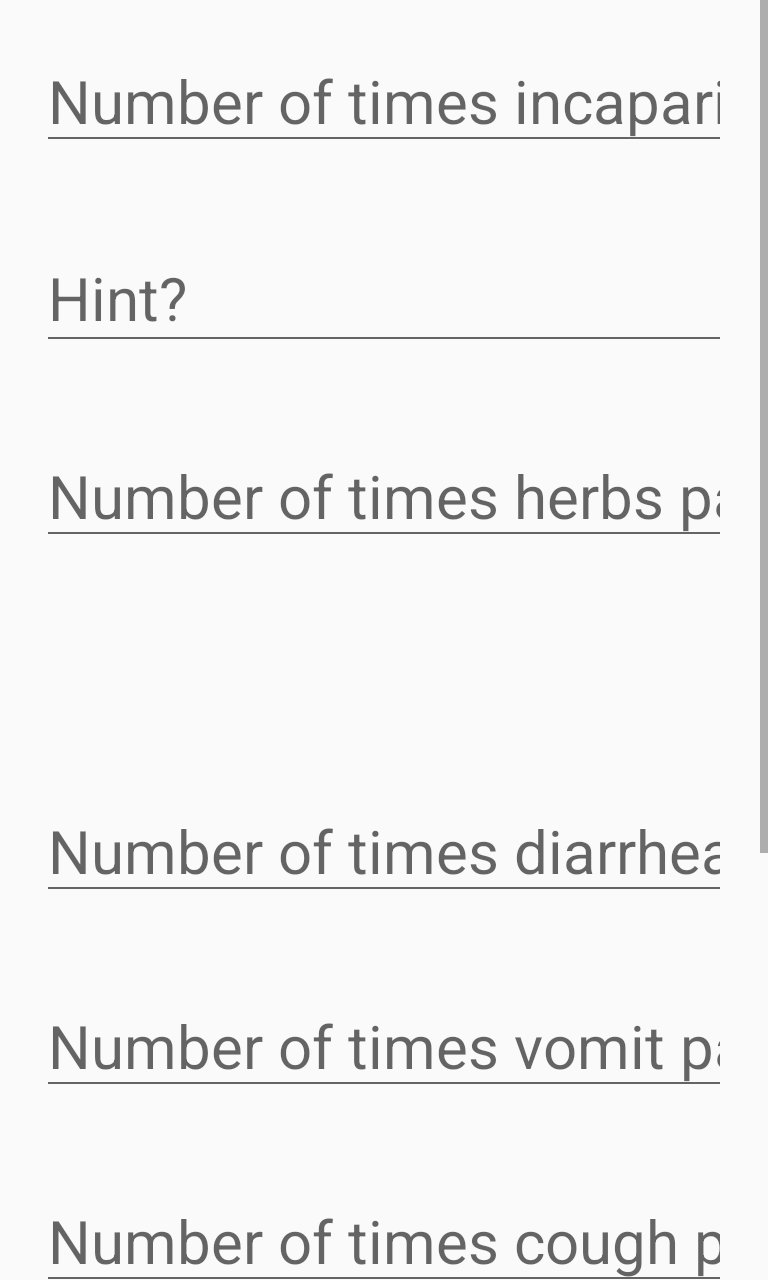
Repository: achavez812/GuatemalaProject2
Layout: GuateMedic-master/GuateMedic/res/layout/fragment_add_new_child_visit4.xml
An editor plug-in stored every save of this project. The layout is shown before and after the next save, followed by the edit.
It is drawn on a 768 x 1280 px phone screen (xhdpi) without system bars, with theme AppTheme; the app's code is not run.

Above is the layout before, as saved 2014-07-03 00:58:53.

### GuateMedic-master/GuateMedic/res/layout/fragment_add_new_child_visit4.xml
<?xml version="1.0" encoding="utf-8"?>
<ScrollView xmlns:android="http://schemas.android.com/apk/res/android"
    android:layout_width="match_parent"
    android:layout_height="wrap_content"
    >

<RelativeLayout
    android:layout_width="match_parent"
    android:layout_height="wrap_content" >

	<EditText
        android:id="@+id/child_visit4_num_times_incaparina_past_week"
        android:textSize="30sp"
        android:layout_width="match_parent"
        android:layout_height="wrap_content"
		android:layout_margin="20dp"
        android:layout_centerHorizontal="true"
        android:hint="Number of times incaparina past week?"
        android:inputType="number"
        />

		<EditText
        android:id="@+id/child_visit4_num_times_vegetables_or_fruits_past_week"
        android:textSize="30sp"
        android:layout_width="match_parent"
		android:layout_margin="20dp"
		android:layout_below="@+id/child_visit4_num_times_incaparina_past_week"
		android:layout_centerHorizontal="true"
        android:hint="Hint?"
        android:inputType="number"
        android:layout_height="60dp"
        />

			<EditText
        android:id="@+id/child_visit4_num_times_herbs_past_week"
        android:textSize="30sp"
        android:layout_width="match_parent"
        android:layout_height="wrap_content"
		android:layout_margin="20dp"
		android:layout_centerHorizontal="true"
		android:layout_below="@+id/child_visit4_num_times_vegetables_or_fruits_past_week"
        android:hint="Number of times herbs past week?"
        android:inputType="number"
        />

				<EditText
        android:id="@+id/child_visit4_num_times_diarrhea_past_week"
        android:textSize="30sp"
        android:layout_width="match_parent"
        android:layout_height="wrap_content"
		android:layout_marginLeft="20dp"
		android:layout_marginRight="20dp"
		android:layout_marginBottom="20dp"
		android:layout_marginTop="100dp"
		android:layout_below="@+id/child_visit4_num_times_herbs_past_week"
		android:layout_centerHorizontal="true"
        android:hint="Number of times diarrhea past week?"
        android:inputType="number"
        />

		<EditText
        android:id="@+id/child_visit4_num_times_vomit_past_week"
        android:textSize="30sp"
        android:layout_width="match_parent"
        android:layout_height="wrap_content"
		android:layout_margin="20dp"
		android:layout_centerHorizontal="true"
		android:layout_below="@+id/child_visit4_num_times_diarrhea_past_week"
        android:hint="Number of times vomit past week?"
        android:inputType="number"
        />

			<EditText
        android:id="@+id/child_visit4_num_times_cough_past_week"
        android:textSize="30sp"
        android:layout_width="match_parent"
        android:layout_height="wrap_content"
		android:layout_margin="20dp"
		android:layout_centerHorizontal="true"
		android:layout_below="@+id/child_visit4_num_times_vomit_past_week"
        android:hint="Number of times cough past week?"
        android:inputType="number"
        />
				<EditText
        android:id="@+id/child_visit4_num_times_fever_past_week"
        android:textSize="30sp"
        android:layout_width="match_parent"
        android:layout_height="wrap_content"
        android:layout_margin="20dp"
        android:layout_centerHorizontal="true"
        android:layout_below="@+id/child_visit4_num_times_cough_past_week"
        android:hint="Number of times fever past week?"
        android:inputType="number"
        />

		<EditText
        android:id="@+id/child_visit4_num_times_other_illness_past_week"
        android:textSize="30sp"
        android:layout_width="match_parent"
        android:layout_height="wrap_content"
		android:layout_margin="20dp"
		android:layout_centerHorizontal="true"
		android:layout_below="@+id/child_visit4_num_times_fever_past_week"
        android:hint="Number of times other illness past week?"
        android:inputType="number"
        />

			<EditText
        android:id="@+id/child_visit4_other_illness_information"
        android:textSize="30sp"
        android:layout_width="match_parent"
        android:layout_height="wrap_content"
        android:layout_margin="20dp"
        android:layout_centerHorizontal="true"
        android:layout_below="@+id/child_visit4_num_times_other_illness_past_week"
        android:hint="Other illness information"
        />
		<EditText
		android:id="@+id/footer_fragment_add_new_child_visit4"
		android:layout_width="0dp"
		android:layout_height="0dp"
		android:layout_below="@+id/child_visit4_other_illness_information"
		/>


</RelativeLayout>
</ScrollView>

### GuateMedic-master/GuateMedic/res/values/styles.xml
<resources xmlns:android="http://schemas.android.com/apk/res/android">

    <!--
        Base application theme, dependent on API level. This theme is replaced
        by AppBaseTheme from res/values-vXX/styles.xml on newer devices.
    -->

    <!-- Application theme. -->
    <style name="AppTheme" parent="@style/Theme.AppCompat.Light.DarkActionBar">
        <!-- All customizations that are NOT specific to a particular API-level can go here. -->
    	<item name="android:typeface">sans</item>
        <item name="actionBarStyle">@style/MyActionBar</item>
    	<item name="android:actionBarStyle">@style/MyActionBar</item>
    	<item name="android:actionOverflowButtonStyle">@style/OverFlow</item>
    	<item name="android:popupMenuStyle">@style/MyPopupMenu</item>
    	<item name="popupMenuStyle">@style/MyPopupMenu</item>
        <item name="android:panelBackground">#004d6b</item>
         <item name="android:itemTextAppearance">@style/myCustomMenuTextApearance</item>

    </style>
       <style name="myCustomMenuTextApearance" parent="@android:style/TextAppearance.Widget.IconMenu.Item">
        <item name="android:textColor">#FFFFFF</item>
        <item name="android:textSize">20sp</item>

    </style>
    <style name="MyActionBar" parent="@style/Widget.AppCompat.Light.ActionBar.Solid.Inverse">
        <item name="android:background">#004d6b</item>
        <item name="android:titleTextStyle">@style/TitleText</item>



    </style>

    <style name ="MyPopupMenu" parent="android:Theme.Holo.Light">
        <item name="android:popupBackground">#004d6b</item>
    </style>

    <style name="OverFlow" parent="@android:style/Widget.Holo.ActionButton.Overflow">
    	<item name="android:src">@drawable/ic_action_overflow</item>
	</style>
    <style name="TitleText">
        <item name="android:textColor">#FFFFFF</item>
        <item name="android:typeface">sans</item>
        <item name="android:textSize">30sp</item>

    </style>
	<!--
	<style name="HomePage" parent="AppTheme">
	<item name="android:background"> @drawable/guatemala_home_bg </item>
	</style>
	    -->





</resources>

After the next save:
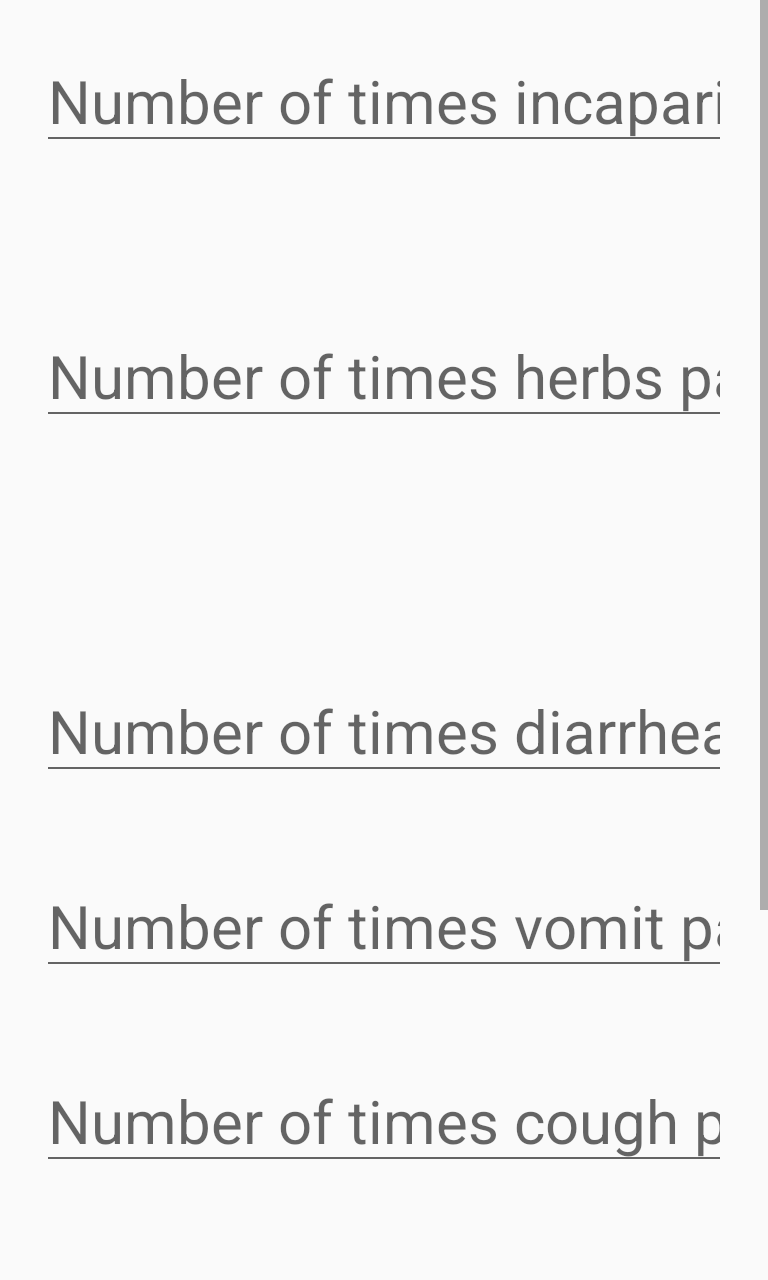
Saved 88 s later.
--- a/GuateMedic-master/GuateMedic/res/layout/fragment_add_new_child_visit4.xml
+++ b/GuateMedic-master/GuateMedic/res/layout/fragment_add_new_child_visit4.xml
@@ -26,9 +26,8 @@
 		android:layout_margin="20dp"
 		android:layout_below="@+id/child_visit4_num_times_incaparina_past_week"
 		android:layout_centerHorizontal="true"
-        android:hint="Hint?"
+        android:hint="Number of times vegetables or fruits past week?"
         android:inputType="number"
-        android:layout_height="60dp"
         />
 
 			<EditText
